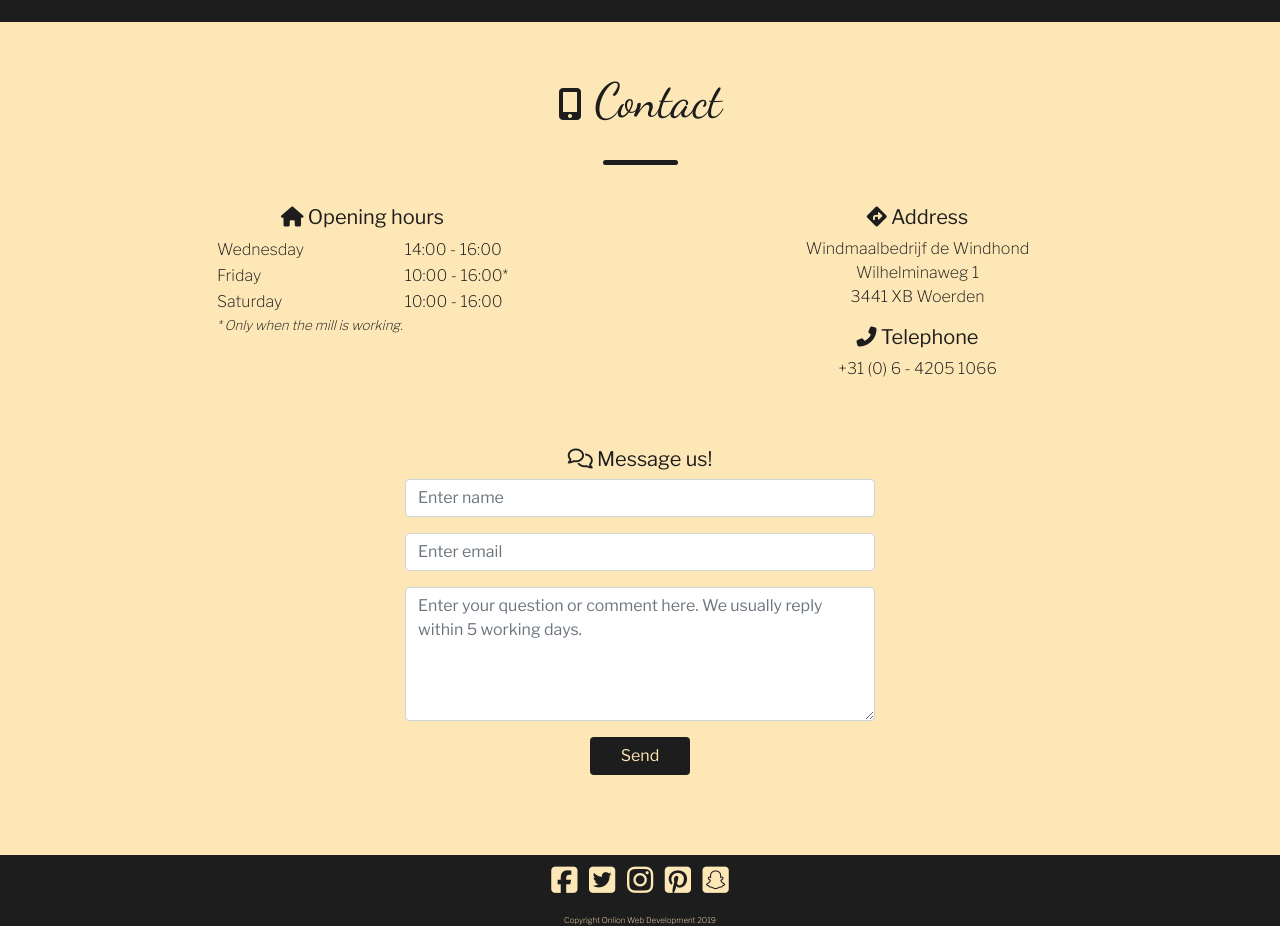
Repository: jdl208/DeWindhond
Page: index.html
The author's editor kept a record of every edit. The page is drawn from the files as they stood at one moment, then again after the next edit.
The browser window is 1280 px wide. The pictures show the part of the page from y = 2415 to 3367 px (the page is 3357 px tall before and 3367 px after).
Some web libraries are served in a nearby version.

Above is the page before.

### index.html
<!DOCTYPE html>
<html lang="en">

<head>
    <meta charset="UTF-8">
    <meta name="viewport" content="width=device-width, initial-scale=1.0">
    <meta http-equiv="X-UA-Compatible" content="ie=edge">
    <title>Windmill "De Windhond"</title>
    <link rel="stylesheet" href="https://stackpath.bootstrapcdn.com/bootstrap/4.3.1/css/bootstrap.min.css" integrity="sha384-ggOyR0iXCbMQv3Xipma34MD+dH/1fQ784/j6cY/iJTQUOhcWr7x9JvoRxT2MZw1T" crossorigin="anonymous">
    <link href="https://fonts.googleapis.com/css?family=Dancing+Script:400,700&display=swap" rel="stylesheet">
    <link rel="stylesheet" href="assets/css/style.css" type="text/css" />

</head>

<body>

    <!-- Navigation-->
    <a href="" class="anchor" id="home"></a>
    <nav class="navbar fixed-top navbar-expand-md navbar-dark dark-bg">
        <a class="navbar-brand" href="#home">De Windhond</a>
        <button id="navbar-toggle-icon" class="navbar-toggler" type="button" data-toggle="collapse" data-target="#navbarTogglerDemo02" aria-controls="navbarTogglerDemo02" aria-expanded="false" aria-label="Toggle navigation">
                <i class="fas fa-bars"></i>
            </button>

        <div class="collapse navbar-collapse" id="navbarTogglerDemo02">
            <ul class="navbar-nav ml-auto mt-2 mt-lg-0">
                <li class="nav-item ml-auto nav--link">
                    <a class="nav-link" href="#home"><strong>Home</strong><span class="sr-only">(current)</span></a>
                </li>
                <li class="nav-item ml-auto nav--link">
                    <a class="nav-link" href="#about"><strong>About</strong></a>
                </li>
                <li class="nav-item ml-auto nav--link">
                    <a class="nav-link" href="#media"><strong>Media</strong></a>
                </li>
                <li class="nav-item ml-auto nav--link">
                    <a class="nav-link" href="#contact"><strong>Contact</strong></a>
                </li>
            </ul>
        </div>
    </nav>

    <!--Header image slider-->

    <header class="top-section">
        <div class="jumbotron sectioncontainer carousel-wrapper">


            <!--Preload images so you you wont see a hickup in the slider -->

            <img class="d-none" src="assets/images/img1.jpg" />
            <img class="d-none" src="assets/images/img2.jpg" />
            <img class="d-none" src="assets/images/img3.jpg" />
            <img class="d-none" src="assets/images/img4.jpg" />
            <img class="d-none" src="assets/images/img5.jpg" />
            <img class="d-none" src="assets/images/img6.jpg" />
            <img class="d-none" src="assets/images/img7.jpg" />

            <div class="bg-image-slider">

            </div>
        </div>
    </header>

    <!-- About -->
    <a href="" class="anchor" id="about"></a>
    <section class="light-bg sectioncontainer">
        <div class="container about">
            <h2><i class="far fa-list-alt media-icon"></i> About</h2>
            <hr class="block-divider dark-divider">

            <div class="row">
                <div class="col-md-6">
                    <h4>Timeline</h4>
                    <div class="history-items">
                        <div class="timeline-item" data-dates="1498">
                            <p>The first mill was build on top of the city wall.</p>
                        </div>
                        <div class="timeline-item" data-dates="1755">
                            <p>De Windhond was build on the spot of the original mill.</p>
                        </div>
                        <div class="timeline-item" data-dates="1977">
                            <p>The mill was sold to the city of Woerden. Which would restore the mill to it's original state.</p>
                        </div>
                        <div class="timeline-item" data-dates="2011">
                            <p>The new miller Karel Dolman is going to work in De Windhond and is going to make the mill functioning again untill this day.</p>
                        </div>
                    </div>
                </div>
                <div class="col-md-6">
                    <hr class="block-divider dark-divider d-md-none">
                    <h4>History</h4>

                    <p>Windmill "De Windhond" is a historical and valuable feature for the city of Woerden.</P>
                    <p>The Windhond is a round stone mill that was built in 1755 in Woerden. Today the mill is well maintained and is an important part of the cityscape.</p>
                    <p>The mill stands on one of the last pieces of city wall, originally part of a bastion belonging to the city walls of old Woerden. De Windhond has a flight of 25.2 meters. The mill was restored in 1984 and today it is still in use as
                        a flour mill. The flour from the mill is used at various points of sale. In addition, a number of bakers in Woerden sell bread with flour from the mill. The interior of the mill is largely in authentic condition. The miller lives
                        in the house at the bottom of the mill.
                    </p>
                    <!--<p>Karel Dolman (29) divides his time between "his" windmill De Windhond in Woerden and a permanent job as a mill repairman.</p>-->
                    <!--<p>The mill in Woerden doesn't run full production. The repairman job makes the work complete. Maintenance is always necessary and I am always technically informed.</p>-->
                    <!--<p>Karel has been at the mill since childhood. He is officially qualified and knows everything about the technology, weather, sailing and more. "And you have to be physically capable, because getting the windmill up or slowing down requires-->
                    <!--    power." Whether the work is in his blood? "Then I have to go to the doctor," he jokes. Collegiate banter between father (Maarten Dolman, miller of the Windotter in IJsselstein) and son is also there: "The Greyhound is older: completely-->
                    <!--    from 1755, while De Windotter only has stones that date from 1732, the rest is younger."</p>-->

                </div>
            </div>
        </div>

    </section>

    <!-- Media section-->
    <a href="" class="anchor" id="media"></a>

    <section class="dark-bg mediabox sectioncontainer">
        <H2><i class="fas fa-photo-video media-icon"></i> Media</H2>
        <hr class="block-divider yellow-divider">
        <div class="row mediarow">
            <div class="col-12">
                <h4>Impression of the mill</h4>
            </div>
            <iframe width="560" height="315" src="https://www.youtube.com/embed/qNwYElhLL6A" frameborder="0" allow="accelerometer; autoplay; encrypted-media; gyroscope; picture-in-picture" allowfullscreen></iframe>
        </div>

        <hr class="block-divider yellow-divider">

        <div class="row mediarow">
            <div class="col-12">
                <h4>Interview with Karel Dolman the miller</h4>
            </div>
            <iframe width="560" height="315" src="https://www.youtube.com/embed/lAjF5r5rAqM" frameborder="0" allow="accelerometer; autoplay; encrypted-media; gyroscope; picture-in-picture" allowfullscreen></iframe>
        </div>

        </div>
    </section>

    <!-- Contact-->

    <a href="" class="anchor" id="contact"></a>
    <section class="sectioncontainer light-bg">
        <div class="container">
            <h2><i class="fas fa-mobile-alt media-icon"></i> Contact</h2>
            <hr class="block-divider dark-divider">
            <div class="row">
                <div class="col-md-6 contact_visiting">
                    <table>
                        <h5><i class="fas fa-home"></i> Opening hours</h5>
                        <tr>
                            <td>Wednesday</td>
                            <td>14:00 - 16:00</td>
                        </tr>
                        <tr>
                            <td>Friday</td>
                            <td>10:00 - 16:00*</td>
                        </tr>
                        <tr>
                            <td>Saturday</td>
                            <td>10:00 - 16:00</td>
                        </tr>
                        <tr class="footnote_opening">
                            <td>* Only when the mill is working.</td>
                        </tr>

                    </table>
                </div>
                <div class="col-md-6 contact_visiting">

                    <h5><i class="fas fa-directions"></i> Address</h5>
                    <p>Windmaalbedrijf de Windhond<br> Wilhelminaweg 1<br> 3441 XB Woerden
                    </p>
                    <h5><i class="fas fa-phone-alt"></i> Telephone</h5>
                    <p> +31 (0) 6 - 4205 1066</p>

                </div>

            </div>

            <div class="row">
                <div class="col-12 contact-form">
                    <h5><i class="far fa-comments"></i> Message us!</h5>
                    <div class="form-group">
                        <input type="text" class="form-control" placeholder="Enter name" required>
                    </div>
                    <div class="form-group">
                        <input type="email" class="form-control" placeholder="Enter email" required>
                    </div>
                    <div class="form-group">
                        <textarea class="form-control" rows="5" Placeholder="Enter your question or comment here. We usually reply within 5 working days." required></textarea>
                    </div>
                    <button type="submit" class="btn btn--dark">Send</button>
                    </form>
                </div>
            </div>
    </section>

    <footer class="dark-bg footer">
        <div class="row">
            <div class="col-12">
                <ul class="list-inline">
                    <li class="list-inline-item"><a class="light-link" href="https://www.facebook.com/windmaalbedrijfdewindhond?pnref=story"><i class="fab fa-facebook-square socialicon"></i></a></li>
                    <li class="list-inline-item"><a class="light-link" href="#"><i class="fab fa-twitter-square socialicon"></i></a></li>
                    <li class="list-inline-item"><a class="light-link" href="#"><i class="fab fa-instagram socialicon"></i></a></li>
                    <li class="list-inline-item"><a class="light-link" href="#"><i class="fab fa-pinterest-square socialicon"></i></a></li>
                    <li class="list-inline-item"><a class="light-link" href="#"><i class="fab fa-snapchat-square socialicon"></i></a></li>
                </ul>
            </div>
        </div>
        <p class="copyright">Copyright Onlion Web Development 2019</p>

    </footer>

    <script src="https://code.jquery.com/jquery-3.3.1.slim.min.js" integrity="sha384-q8i/X+965DzO0rT7abK41JStQIAqVgRVzpbzo5smXKp4YfRvH+8abtTE1Pi6jizo" crossorigin="anonymous"></script>
    <script src="https://cdnjs.cloudflare.com/ajax/libs/popper.js/1.14.7/umd/popper.min.js" integrity="sha384-UO2eT0CpHqdSJQ6hJty5KVphtPhzWj9WO1clHTMGa3JDZwrnQq4sF86dIHNDz0W1" crossorigin="anonymous"></script>
    <script src="https://stackpath.bootstrapcdn.com/bootstrap/4.3.1/js/bootstrap.min.js" integrity="sha384-JjSmVgyd0p3pXB1rRibZUAYoIIy6OrQ6VrjIEaFf/nJGzIxFDsf4x0xIM+B07jRM" crossorigin="anonymous"></script>
    <script src="https://kit.fontawesome.com/70761e8d6e.js"></script>

</body>

</html>

### assets/css/style.css
@import url('https://fonts.googleapis.com/css?family=Dancing+Script:400,700|Libre+Franklin:200,300,400,700&display=swap');

html {
    scroll-behavior: smooth;
}

body {
    font-family: "Libre Franklin";
    font-weight: 200;
}

.sectioncontainer {
    padding-top: 50px;
    padding-bottom: 80px;
}

.anchor {
    display: block;
    position: relative;
    top: -56px;
    visibility: hidden;
}

/* ---------------------------------------------- Colors */

.dark-bg {
    color: #fee7b6;
    background-color: #1d1d1d;
}

.light-bg {
    background-color: #fee7b6;
    color: rgb(29, 29, 29);
}

.block-divider {
    width: 75px;
    height: 5px;
    border: 0;
    border-radius: 15px;
    margin-top: 30px;
    margin-bottom: 40px;
}

.yellow-divider {
    background-color: #fee7b6;
}

.dark-divider {
    background-color: rgb(29, 29, 29);
}

.light-link {
    color: #fee7b6;
}

.btn--dark {
    color: #fee7b6;
    background-color: rgba(29, 29, 29, 1);
    text-align: center;
}

/* ---------------------------------------------- Headings */

h2,
h3,
h4 {
    font-family: "dancing script";
    text-align: center;
    font-size: 3rem;
}

h4 {
    font-size: 2rem;
}

.media-icon {
    font-size: 32px;
}

/* ---------------------------------------------- Navbar */

.navbar {
    font-family: "dancing script";
    font-size: 1.2rem;
}

.navbar-brand {
    font-size: 1.5rem;
}

.navbar-brand:hover {
    color: #dec080;
}

.navbar-dark .navbar-brand {
    color: #fee7b6;
}

.navbar-dark .navbar-brand:hover {
    color: #dec080;
}


#navbar-toggle-icon {
    border: 0;
    color: #fee7b6;
}

.navbar-dark .navbar-nav .nav-link {
    color: #fee7b6;
}

.navbar-dark .navbar-nav .nav-link:hover {
    color: #dec080;
}


/* ---------------------------------------------- Header */

.top-section {
    padding: 0;
}

.carousel-wrapper {
    position: relative;
    top: 56px;
    margin: 0 0 56px 0;
    padding: 0;
}

.bg-image-slider {
    height: 85vh;
    width: 100%;
    animation-name: bgslider;
    animation-duration: 49s;
    animation-timing-function: ease-in;
    animation-iteration-count: infinite;
    background-image: url("../images/img1.jpg");
    background-size: cover;
    background-repeat: no-repeat;
    background-position: center;
}

@keyframes bgslider {
    0% {
        background-image: url("../images/img1.jpg");
    }
    10% {
        background-image: url("../images/img1.jpg");
    }
    14% {
        background-image: url("../images/img2.jpg");
    }
    24% {
        background-image: url("../images/img2.jpg");
    }
    28% {
        background-image: url("../images/img3.jpg");
    }
    38% {
        background-image: url("../images/img3.jpg");
    }
    42% {
        background-image: url("../images/img4.jpg");
    }
    52% {
        background-image: url("../images/img4.jpg");
    }
    56% {
        background-image: url("../images/img5.jpg");
    }
    66% {
        background-image: url("../images/img5.jpg");
    }
    70% {
        background-image: url("../images/img6.jpg");
    }
    80% {
        background-image: url("../images/img6.jpg");
    }
    84% {
        background-image: url("../images/img7.jpg");
    }
    95% {
        background-image: url("../images/img7.jpg");
    }
    100% {
        background-image: url("../images/img1.jpg");
    }
}

/* ---------------------------------------------- About */

.history-heading {
    margin-bottom: 50px;
}

.timeline-item {
    padding: 4em 2em 0em 2em;
    position: relative;
    border-left: 1px solid;
}

.timeline-item p {
    padding: 0;
    margin: 0;
}

.timeline-item:before {
    content: attr(data-dates);
    position: absolute;
    left: 2.5em;
    top: 3em;
    display: block;
    font-weight: 500;
    font-size: 0.8em;
    padding: 0;
    margin: 0;
}

.timeline-item:after {
    width: 12px;
    height: 12px;
    display: block;
    top: 2.5em;
    position: absolute;
    left: -6px;
    border-radius: 12px;
    content: '';
    background: rgb(29, 29, 29);

}

/* ---------------------------------------------- Media */

.row {
    margin: 0;
}

iframe {
    margin: auto;
}

/* ---------------------------------------------- Contact */

.contact_visiting {
    text-align: center;
}

.contact_visiting table {
    text-align: left;
    margin: auto;
}

.footnote_opening {
    font-size: smaller;
    font-style: italic;
}


.contact-form {
    margin: auto;
    text-align: center;
    margin-top: 50px;
    max-width: 500px;
}

.contact-form .btn--dark {
    width: 100px;
}


/* ---------------------------------------------- Footer */

.footer {
    text-align: center;
    padding: 10px 10px 0 10px;
    margin-bottom:0;
}

.footerlist {
    list-style-type: none;
}

.list-item-footer {
    display: inline-block;
    color: #fee7b6;
}

.socialicon {
    font-size: 30px;
}

.socialicon:hover {
    color: #dec080
}

.copyright {
    font-weight: 200;
    font-size: 0.5rem;
    text-align: center;
}

After the next edit:
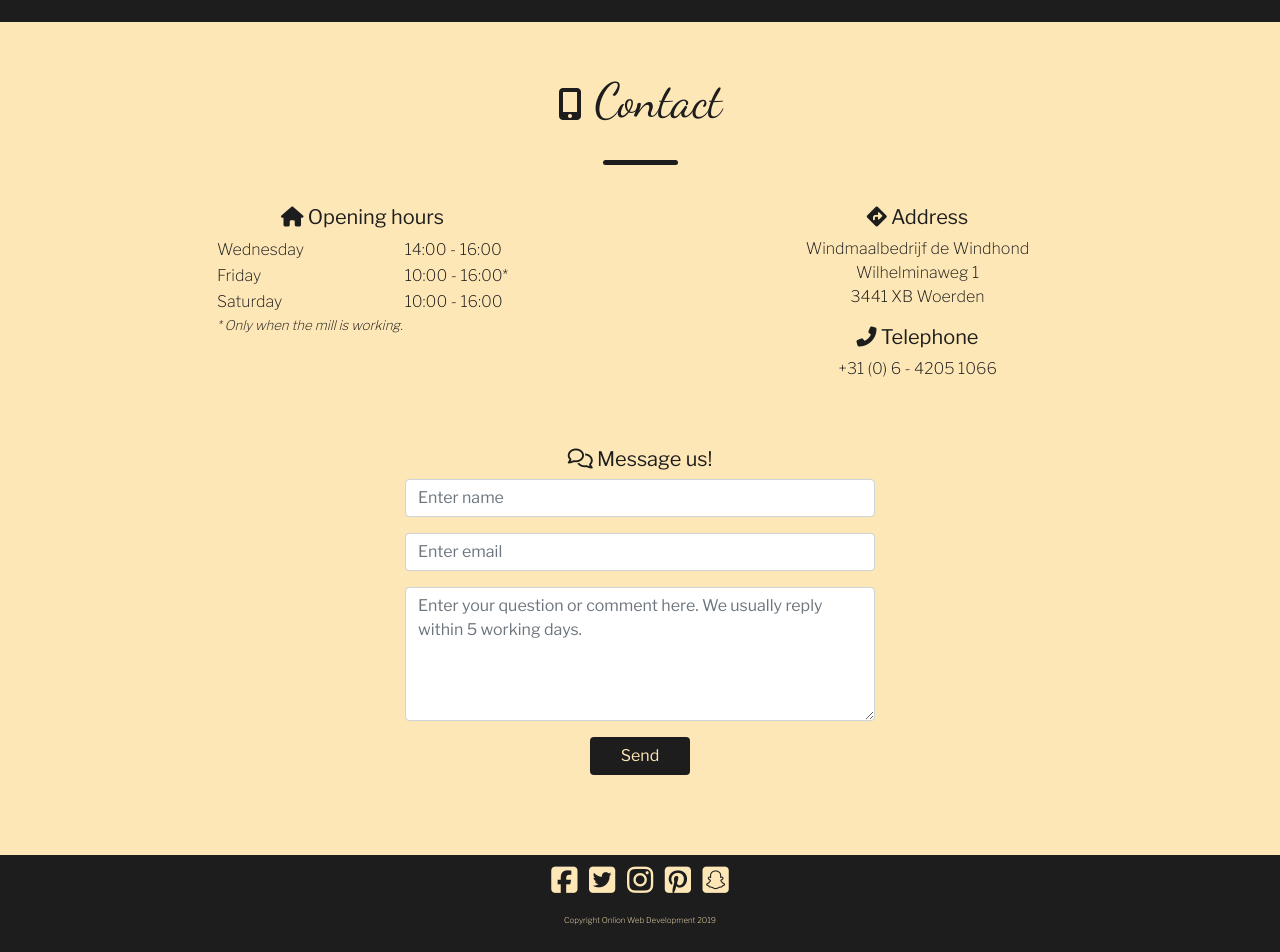
The edit:
--- a/assets/css/style.css
+++ b/assets/css/style.css
@@ -275,7 +275,7 @@
 
 .footer {
     text-align: center;
-    padding: 10px 10px 0 10px;
+    padding: 10px;
     margin-bottom:0;
 }
 
